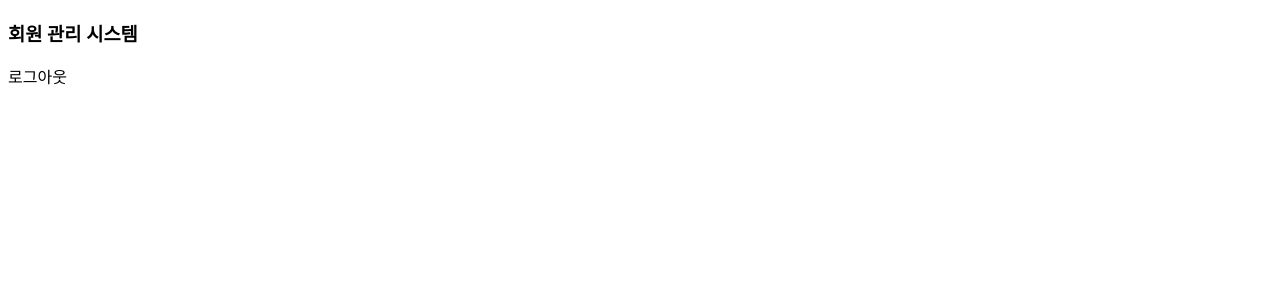
Repository: yangchunsick/JSPstudy
Page: http://localhost/ServerProgram/views/Detail.jsp
These files come from the project's save history. The page is drawn as it stood at one moment and after the next save; the edit follows.
The browser window is 1280 px wide. The pictures show the whole page.
The page is served by Tomcat 9.

Above is the page before, as saved 2021-11-16 08:11:16.

After the next save:
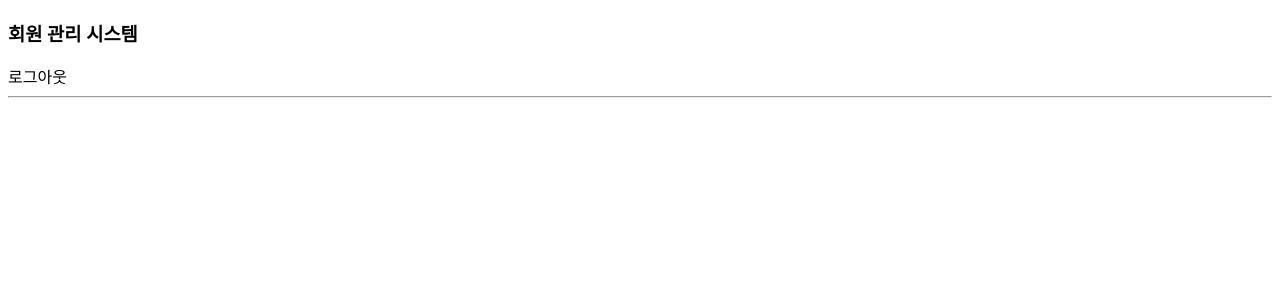
Saved 26 s later.
--- a/worksapce/ServerProgram/WebContent/views/Detail.jsp
+++ b/worksapce/ServerProgram/WebContent/views/Detail.jsp
@@ -9,7 +9,8 @@
 <body>
 
 <h3>회원 관리 시스템</h3>
-<a>로그아웃</a>
+<a herf="#">로그아웃</a>
+<hr>
 
 
 </body>
